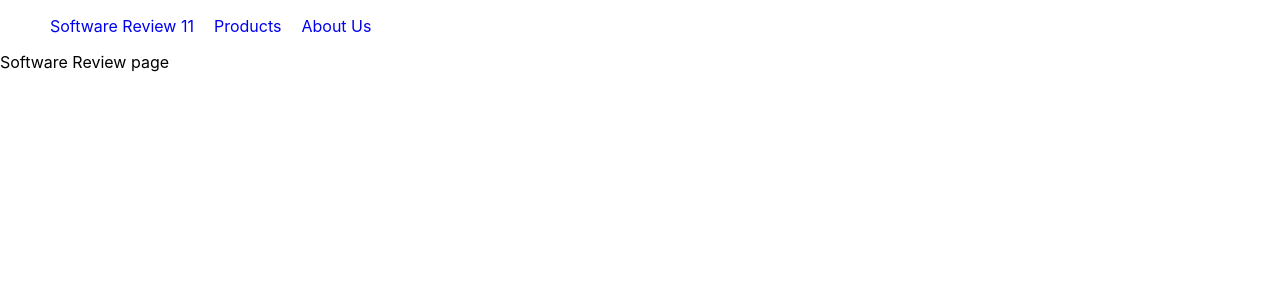
Repository: Alaa-M1/phoenix-products-reactjs-mui
Page: /
These files come from the project's save history. The page is drawn as it stood at one moment and after the next save; the edit follows.
The browser window is 1280 px wide. The pictures show the whole page.
The project was rebuilt for these pictures with package versions that can differ from the ones it lists, and the page was loaded fresh each time. Also part of the build but not shown: src/App.css, src/pages/Products/index.tsx, src/pages/AboutUs/index.tsx.

Above is the page before, as saved 2023-04-18 15:33:59.

After the next save:
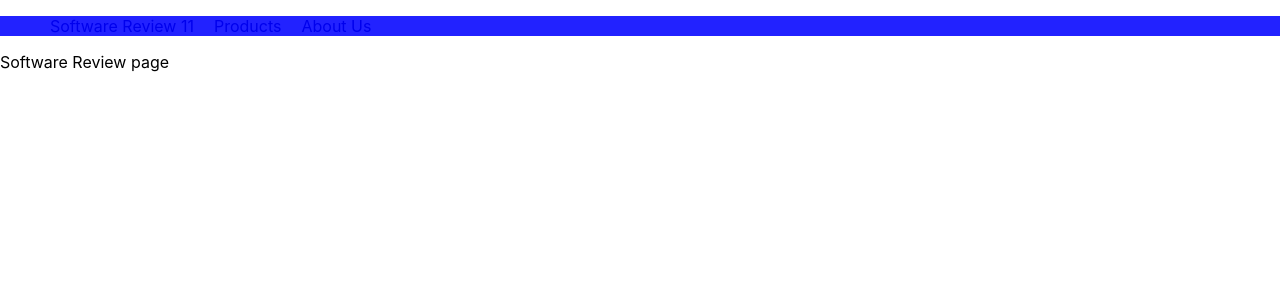
Saved 37 s later.
--- a/src/components/AppLayout.tsx
+++ b/src/components/AppLayout.tsx
@@ -2,6 +2,7 @@
 import styled from "styled-components";
 
 const StyledNav = styled.nav`
+background-color: #22f;
   li {
     display: inline-block;
     margin: 0px 10px;
